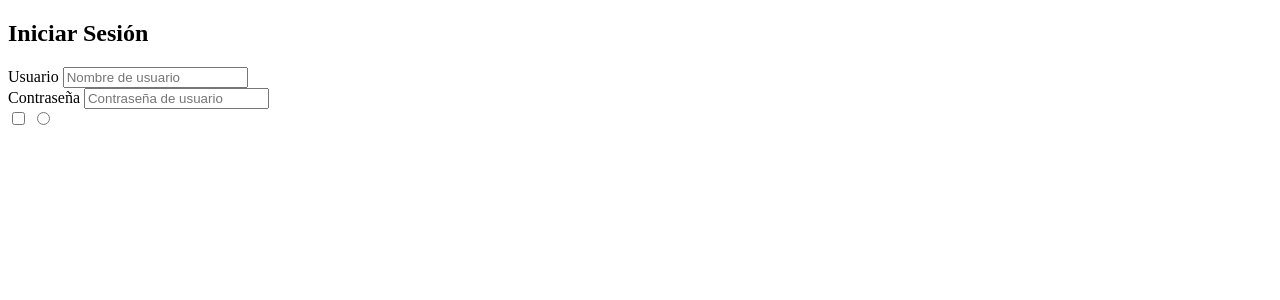
Repository: taborracho/Formulario
Page: index.html
The author's editor kept a copy of each file at every save. The page is drawn from the files as they stood at one save, then again after the next save.
The browser window is 1280 px wide. The pictures show the whole page.

Above is the page before, as saved 2021-07-14 19:01:33.

After the next save:
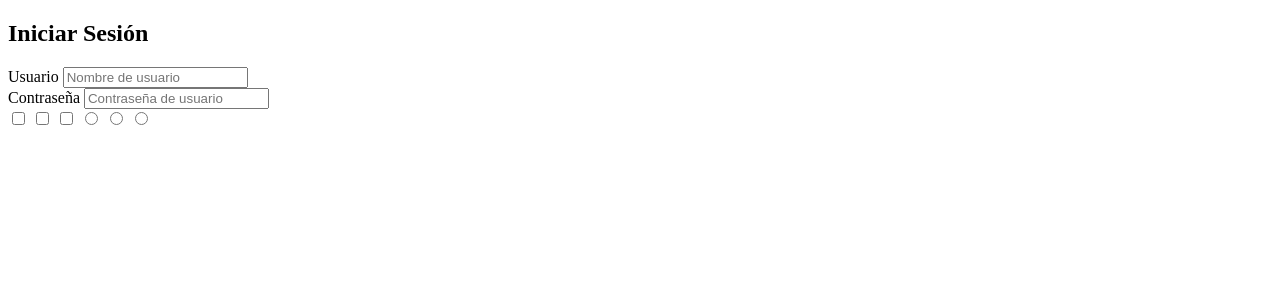
Saved 17 s later.
--- a/index.html
+++ b/index.html
@@ -32,7 +32,11 @@
             </div>
 
             <input type="checkbox">
+            <input type="checkbox">
+            <input type="checkbox">
 
+            <input type="radio" name="" id="">
+            <input type="radio" name="" id="">
             <input type="radio" name="" id="">
 
         </div>
